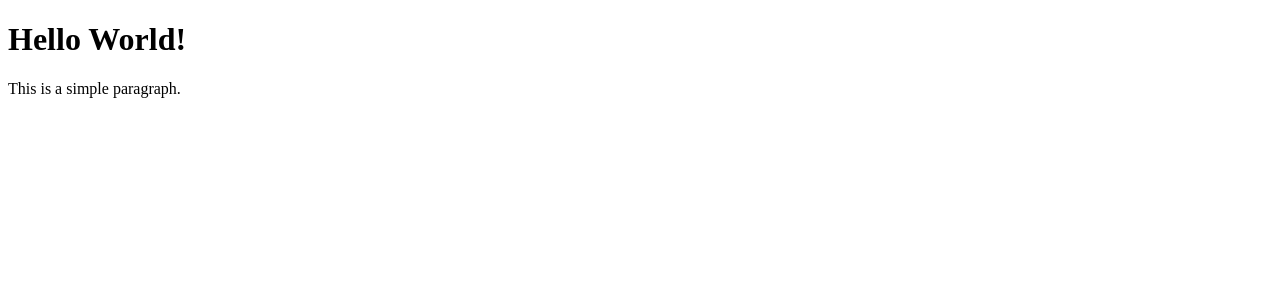
Repository: ktilab/kti-infrastructure
Page: html/index.html
These files come from the project's save history. The page is drawn as it stood at one moment and after the next save; the edit follows.
The browser window is 1280 px wide. The pictures show the whole page.

Above is the page before, as saved 2022-12-02 18:13:17.

After the next save:
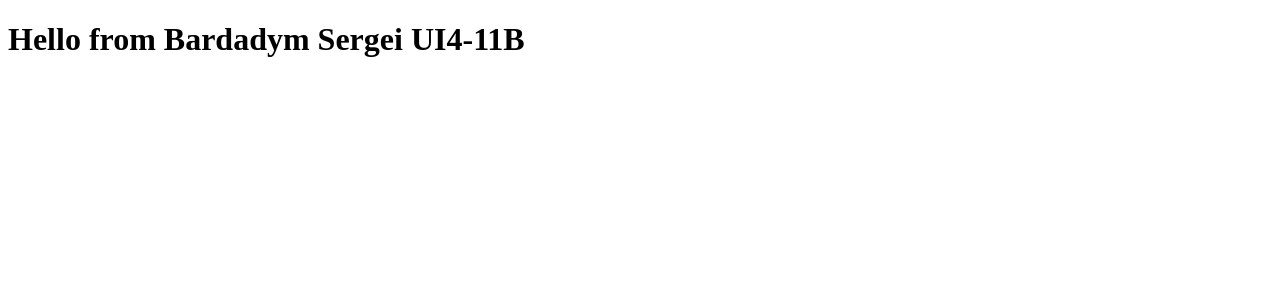
Saved 12 min 45 s later.
--- a/html/index.html
+++ b/html/index.html
@@ -5,7 +5,6 @@
         <title>Hello!</title>
     </head>
     <body>
-        <h1>Hello World!</h1>
-        <p>This is a simple paragraph.</p>
+        <h1>Hello from Bardadym Sergei UI4-11B</h1>
     </body>
 </html>
